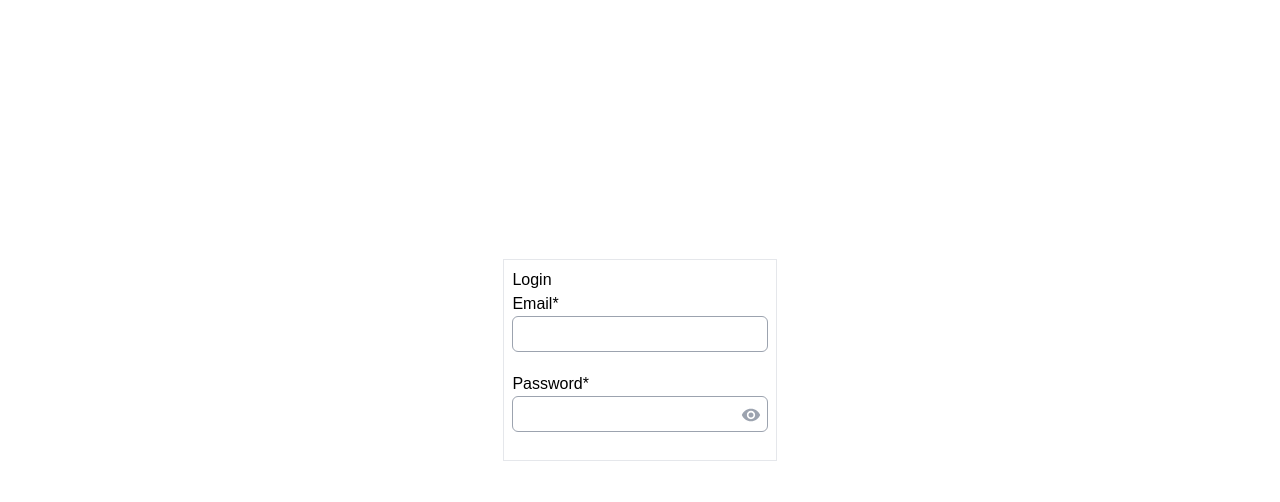
Repository: Qu4ntumGuy/support-ai
Page: /auth (app in frontend/)
These files come from the project's save history. The page is drawn as it stood at one moment and after a run of saves; the edit follows.
The browser window is 1280 px wide. The pictures show the whole page.
The project was rebuilt for these pictures with package versions that can differ from the ones it lists, and the page was loaded fresh each time.

Above is the page before, as saved 2024-07-13 18:40:59.

After the next 2 saves:
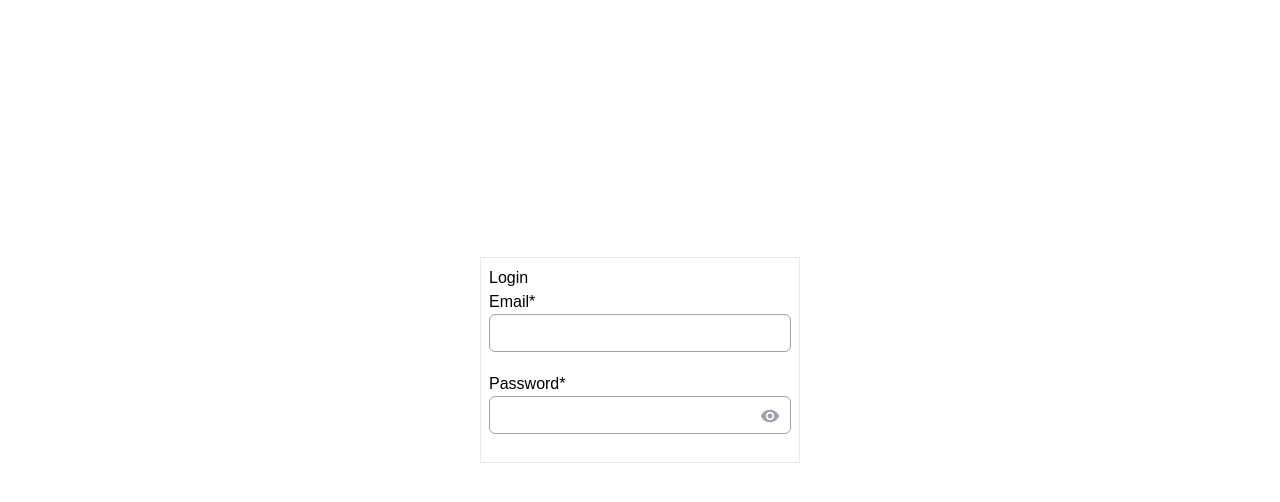
The 2 saves are shown as one change because they came seconds apart.
The last was saved 22 s later.
--- a/frontend/src/Pages/Auth/Auth.js
+++ b/frontend/src/Pages/Auth/Auth.js
@@ -26,7 +26,7 @@ function Auth() {
 
   return (
     <div className="flex h-screen justify-center items-center">
-      <div className="border border-gray-200 p-2">
+      <div className="border border-gray-200 p-2 w-1/4">
         <div>Login</div>
         <div>
           <form>
